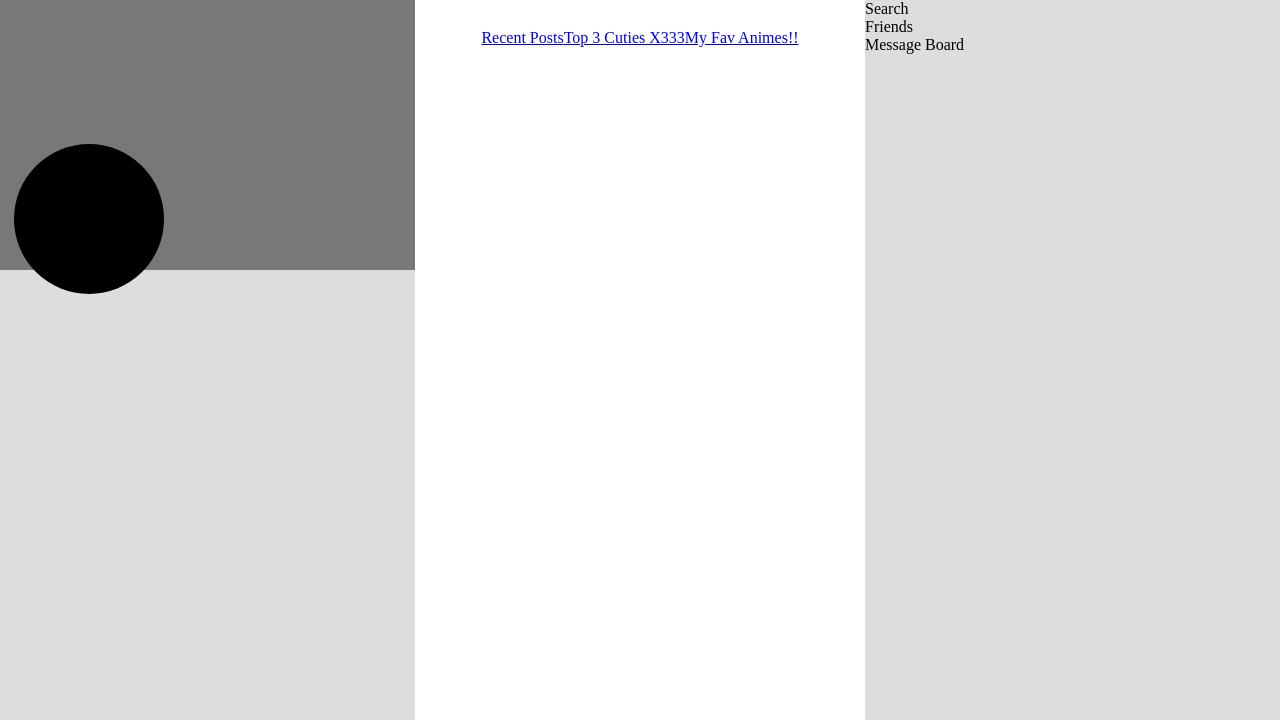
Repository: Jennica1/Frontend-Final
Page: cutieOne.html
These files come from the project's save history. The page is drawn as it stood at one moment and after the next save; the edit follows.
The browser window is 1280 px wide. The pictures show the whole page.

Above is the page before, as saved 2024-05-10 11:25:42.

After the next save:
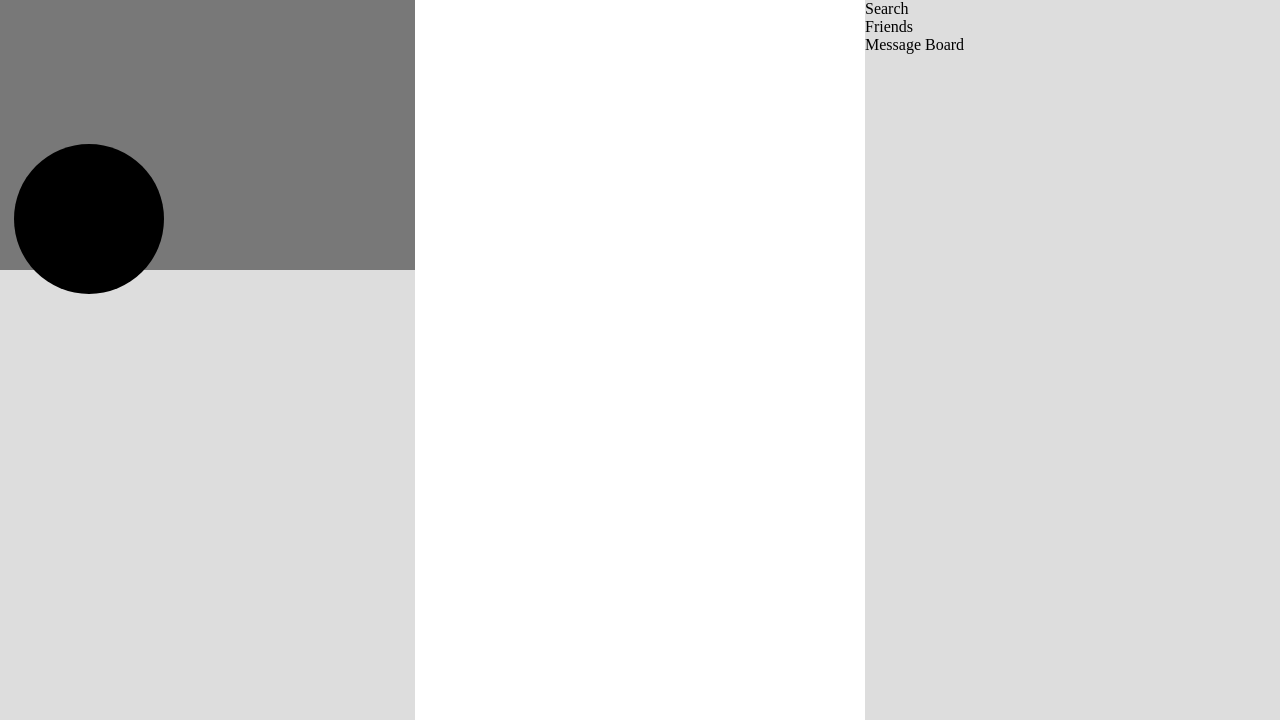
Saved 50 s later.
--- a/cutieOne.html
+++ b/cutieOne.html
@@ -9,21 +9,27 @@
 
 <body>
 
+          <!-- Header -->
+          <header class="header">
+            <li class="content-list">
+            <p><a class="home-link" href="index.html">Recent Posts</a></p>
+            <p><a class="rating-link" href="topThree.html">Top 3 Cuties X333</a></p>
+            <p><a class="anime-link" href="anime.html">My Fav Animes!!</a></p>
+            </li>
+        </header>
+
+        <div class="main-content">
+            <div class="title">
+                <h1>HUSBAND #1 PONYBOY</h1>
+            </div>
+        </div>
+
   <div class="sidebar-wrapper">
     <!--Side Nav Left-->
     <div class="sidebar-left">
       <img src="images/Ellipse 1.svg" class="profile" width="150px" />
       <img src="images/Rectangle 2.svg" class="background-photo" />
     </div>
-
-      <!-- Header -->
-  <header class="header">
-    <li class="content-list">
-      <p><a class="home-link" href="index.html">Recent Posts</a></p>
-      <p><a class="rating-link" href="topThree.html">Top 3 Cuties X333</a></p>
-      <p><a class="anime-link" href="anime.html">My Fav Animes!!</a></p>
-    </li>
-  </header>
 
     <!--Side Nav Right-->
     <div class="sidebar-right">
@@ -42,12 +48,6 @@
     <!-- End page content -->
     </div>
 
-    <div class="main-content">
-        <div class="title">
-            <h1>HUSBAND #1 PONYBOY</h1>
-        </div>
-    </div>
-
 </body>
 
 </html>
